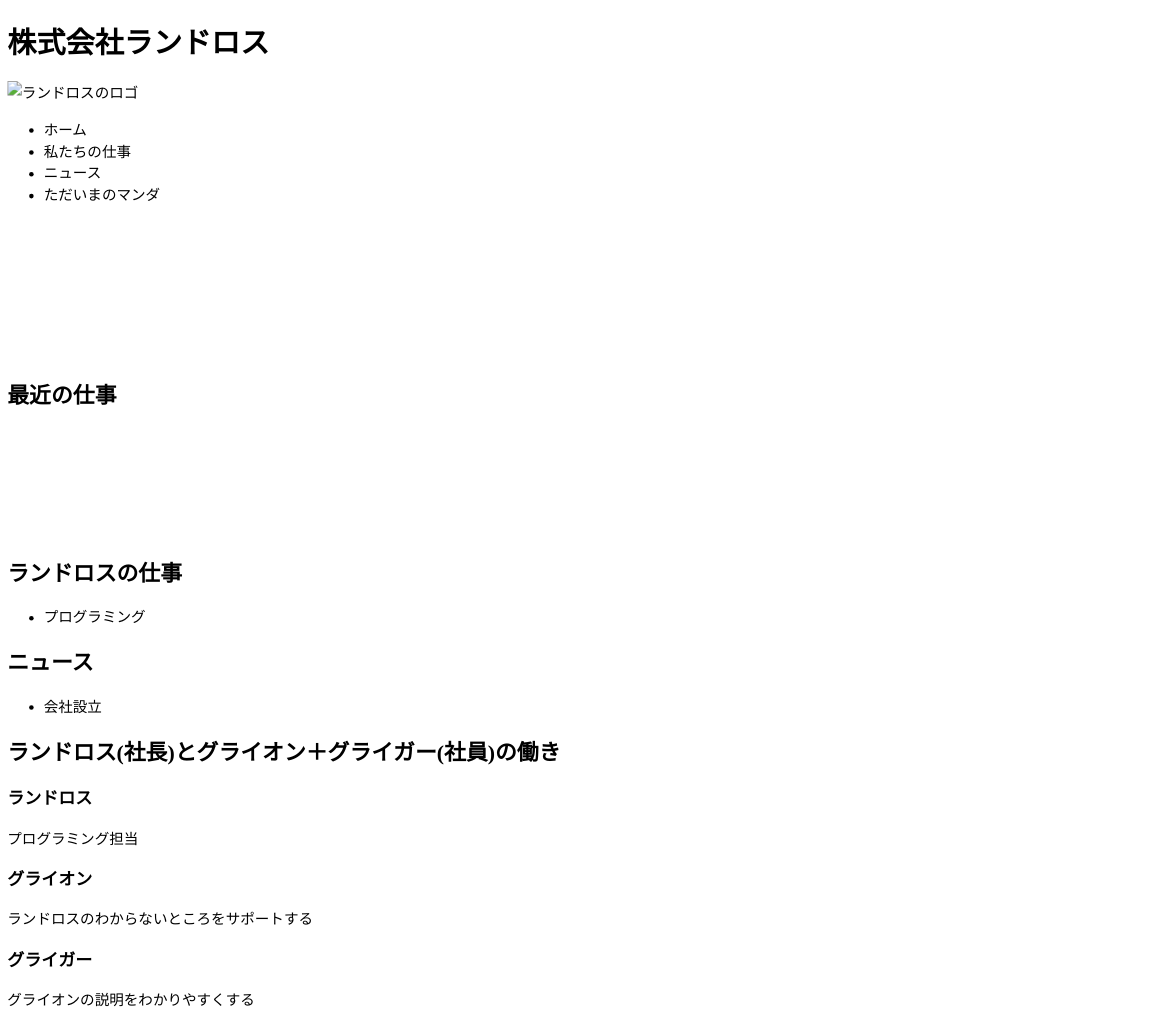
Repository: KustomApe/LandorusInc
Page: origin.html
These files come from the project's save history. The page is drawn as it stood at one moment and after the next save; the edit follows.
The browser window is 1280 px wide. The pictures show the whole page, at 91% of full size.

Above is the page before, as saved 2021-05-22 13:58:47.

### origin.html
<!DOCTYPE html>
<html lang="ja">
<head>
    <meta charset="UTF-8">
    <meta http-equiv="X-UA-Compatible" content="IE=edge">
    <meta name="viewport" content="width=device-width, initial-scale=1.0">
    <title>株式会社ランドロス</title>
    <link rel="stylesheet" href="./css/style.css">
</head>
<body>
<h1>株式会社ランドロス</h1>
<p><img alt="ランドロスのロゴ"></p>
<ul>
    <li>ホーム</li>
    <li>私たちの仕事</li>
    <li>ニュース</li>
    <li>ただいまのマンダ</li>
</ul>
<video></video>
<h2>最近の仕事</h2>
    <p><img><span></span></p>
    <p><img><span></span></p>
    <p><img><span></span></p>
    <p><img><span></span></p>
<h2>ランドロスの仕事</h2>
<ul>
   <li>プログラミング</li>
</ul>
<h2>ニュース</h2>
<ul>
   <li>会社設立</li>
</ul>
   <h2>ランドロス(社長)とグライオン＋グライガー(社員)の働き</h2>
<h3>ランドロス</h3>
<p>プログラミング担当</p>
<h3>グライオン</h3>
<p>ランドロスのわからないところをサポートする</p>
<h3>グライガー</h3>
<p>グライオンの説明をわかりやすくする</p>
</body>
</html>

### css/style.css
@charset "utf-8";

h1 {
    background-color: ;
}F19049

After the next save:
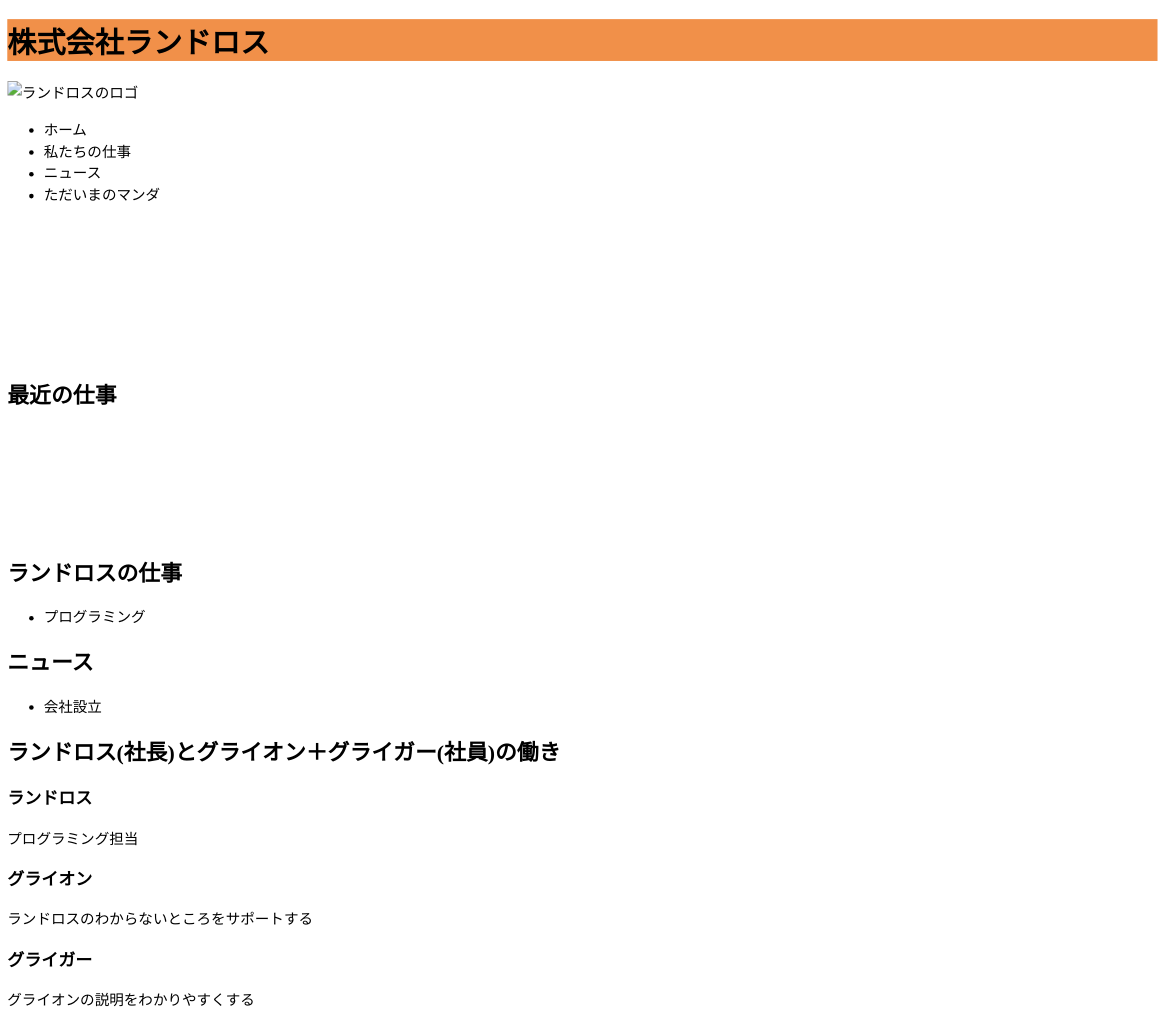
Saved 5 s later.
--- a/css/style.css
+++ b/css/style.css
@@ -1,5 +1,5 @@
 @charset "utf-8";
 
 h1 {
-    background-color: ;
-}F19049
+    background-color: #F19049;
+}
